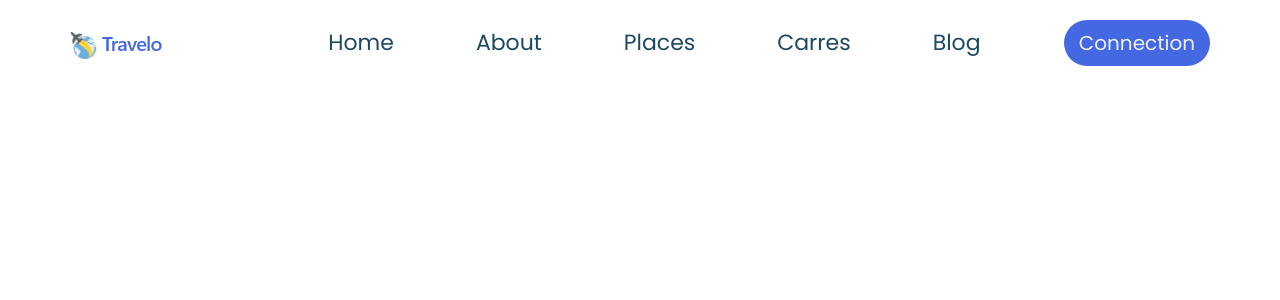
Repository: kuluong2000/travel
Page: index.html
These files come from the project's save history. The page is drawn as it stood at one moment and after the next save; the edit follows.
The browser window is 1280 px wide. The pictures show the whole page.
The style sheet was rebuilt from its Sass, Less or Tailwind sources for each picture, by a compiler version that may differ from the author's.

Above is the page before, as saved 2021-09-03 21:47:18.

After the next save:
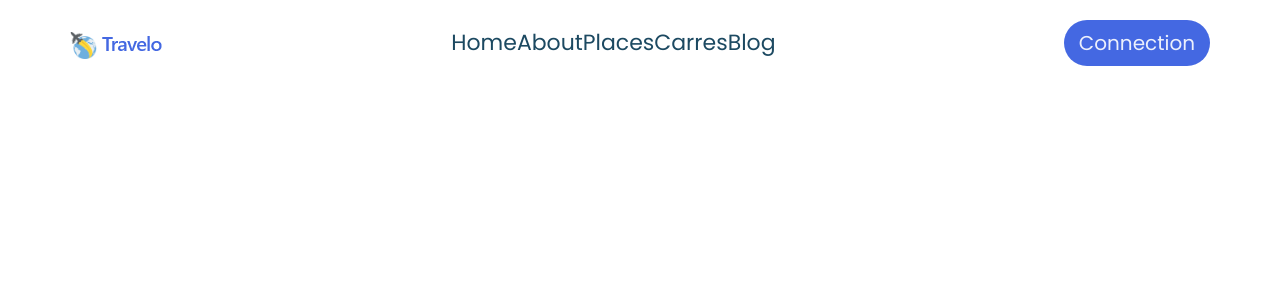
Saved 14 s later.
--- a/assets/sass/_header.scss
+++ b/assets/sass/_header.scss
@@ -16,7 +16,7 @@
         align-items: center;
 
     }
-    &__menu__item:not(firt-child){
+    &__menu__item:not(:firt-child){
         margin-left: 82px;
     }
     &__mennu__item__link{

After the 2 saves that followed:
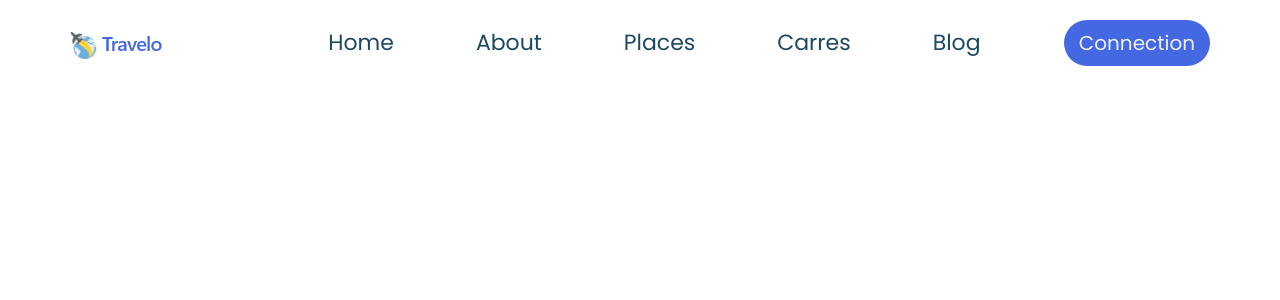
The 2 saves are shown as one change because 1 left the picture as it was.
The last was saved 47 s later.
--- a/assets/sass/_header.scss
+++ b/assets/sass/_header.scss
@@ -16,7 +16,7 @@
         align-items: center;
 
     }
-    &__menu__item:not(:firt-child){
+    &__menu__item:not(firt-child){
         margin-left: 82px;
     }
     &__mennu__item__link{
